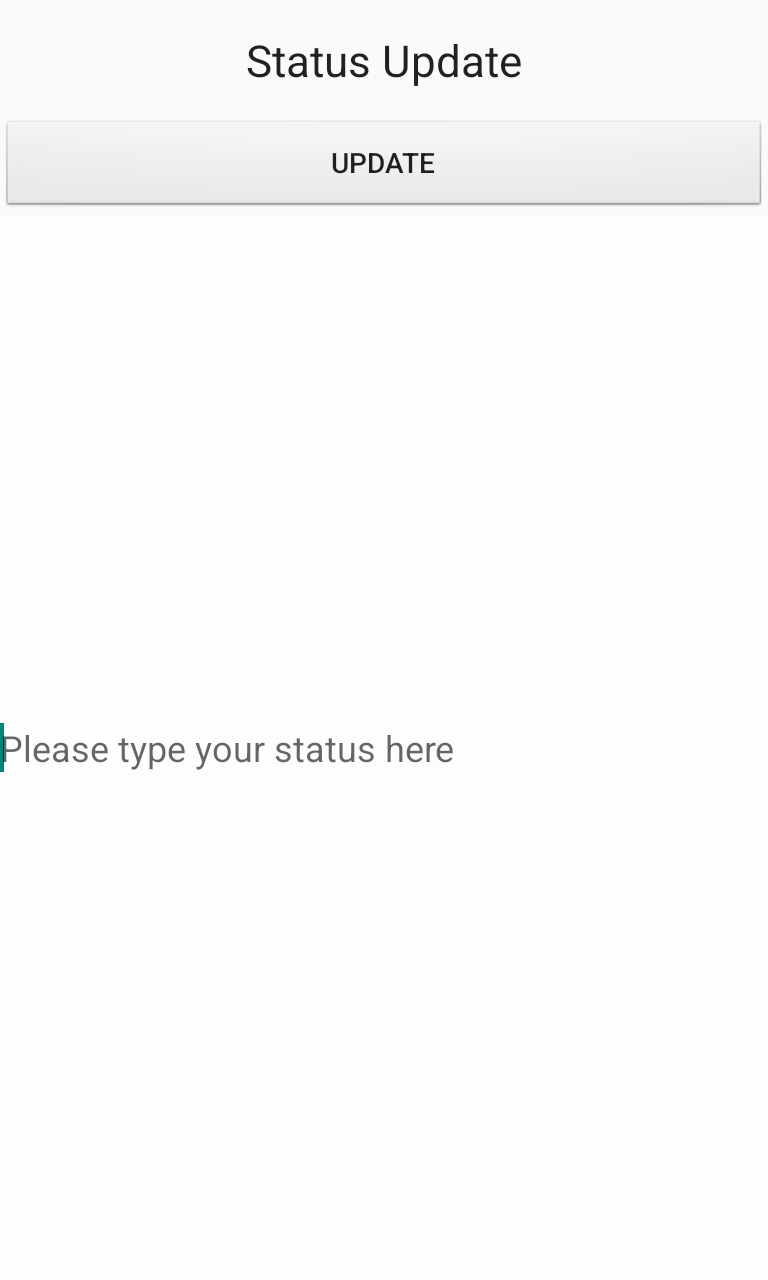
Repository: satishagarwal90/Yamba
Layout: Yamba/res/layout/activity_status.xml
An editor plug-in stored every save of this project. The layout is shown before and after the next save, followed by the edit.
It is drawn on a 768 x 1280 px phone screen (xhdpi) without system bars, with theme AppTheme; the app's code is not run.

Above is the layout before, as saved 2014-06-29 02:13:55.

### Yamba/res/layout/activity_status.xml
<LinearLayout xmlns:android="http://schemas.android.com/apk/res/android"
    xmlns:tools="http://schemas.android.com/tools"
    android:id="@+id/container"
    android:layout_width="match_parent"
    android:layout_height="match_parent"
    android:orientation="vertical"
    tools:context="com.example.yamba.StatusActivity"
    tools:ignore="MergeRootFrame" >

    <TextView
        style="@style/styleTitle"
        android:text="@string/title" />

    <Button
        android:id="@+id/button_post"
        android:layout_width="match_parent"
        android:layout_height="wrap_content"
        android:background="@android:drawable/btn_default"
        android:onClick="btn_click"
        android:text="@string/button_status_text" />

    <EditText
        android:id="@+id/editText_status"
        android:layout_width="match_parent"
        android:layout_height="match_parent"
        android:background="@color/Trans"
        android:ems="10"
        android:hint="@string/editText_hint"
        android:inputType="textMultiLine" >

        <requestFocus />
    </EditText>

</LinearLayout>

### Yamba/res/values/styles.xml
<resources>

    <!--
        Base application theme, dependent on API level. This theme is replaced
        by AppBaseTheme from res/values-vXX/styles.xml on newer devices.
    -->
    <style name="AppBaseTheme" parent="Theme.AppCompat.Light">
        <!--
            Theme customizations available in newer API levels can go in
            res/values-vXX/styles.xml, while customizations related to
            backward-compatibility can go here.
        -->
    </style>

    <!-- Application theme. -->
    <style name="AppTheme" parent="AppBaseTheme">
        <!-- All customizations that are NOT specific to a particular API-level can go here. -->
    </style>

    <style name="styleTitle" parent="android:Widget.Holo.Light.TextView">
        <item name="android:padding">15dp</item>
        <item name="android:textAppearance">?android:attr/textAppearanceLarge</item>
        <item name="android:layout_width">wrap_content</item>
        <item name="android:layout_height">wrap_content</item>
        <item name="android:layout_gravity">center_horizontal</item>
    </style>
</resources>

### Yamba/res/values/strings.xml
<?xml version="1.0" encoding="utf-8"?>
<resources xmlns:android="http://schemas.android.com/apk/res/android">

    <string name="app_name">Yamba</string>
    <string name="hello_world">Hello world!</string>
    <string name="action_settings">Settings</string>
    <string name="start_service">Start Service</string>
    <string name="stop_service">Stop Service</string>
    <string name="editText_hint">Please type your status here</string>
    <string name="button_status_text">Update</string>
    <string name="title">Status Update</string>
    <string name="refresh_service">Refresh Service </string>
    <string name="username">Username</string>
    <string name="username_summary">Enter your Username</string>
    <string name="password">Password</string>
    <string name="password_summary">Enter your password here</string>
    <string name="server">Server</string>
    <string name="server_summary">Enter your server details</string>
	<string name="preferences">Preferences</string>
	<string name="delay">Delay</string>
	<string-array name="delayNames">
		<item android:layout_width="wrap_content" android:id="@+id/item1" android:layout_height="wrap_content">Every minute</item>
		<item android:layout_width="wrap_content" android:id="@+id/item2" android:layout_height="wrap_content">Every 5 minutes</item>
		<item android:layout_width="wrap_content" android:id="@+id/item3" android:layout_height="wrap_content">Every 30 minutes</item>
		<item android:layout_width="wrap_content" android:id="@+id/item4" android:layout_height="wrap_content">Every hour</item>
	</string-array>
	<string-array android:layout_height="wrap_content" android:layout_width="wrap_content" android:id="@+id/integerarray1" name="delayValues">
        <item android:id="@+id/item1" android:layout_height="wrap_content" android:layout_width="wrap_content">60</item>
        <item android:id="@+id/item2" android:layout_height="wrap_content" android:layout_width="wrap_content">300</item>
        <item android:id="@+id/item3" android:layout_height="wrap_content" android:layout_width="wrap_content">1800</item>
        <item android:id="@+id/item4" android:layout_height="wrap_content" android:layout_width="wrap_content">3600</item>
    </string-array>
	<string name="timeline">Timeline</string>
</resources>

### Yamba/res/values/color.xml
<?xml version="1.0" encoding="utf-8"?>
<resources xmlns:android="http://schemas.android.com/apk/res/android">

<color android:layout_height="wrap_content" android:id="@+id/colorBlue" android:layout_width="wrap_content" name="Blue">#00F</color>
<color android:layout_height="wrap_content" android:id="@+id/colorTrans" android:layout_width="wrap_content" name="Trans">#BFFF</color>

</resources>

Loaded but not shown: Yamba/res/values-v11/styles.xml (common file); Yamba/res/values-v14/styles.xml (common file)

After the next save:
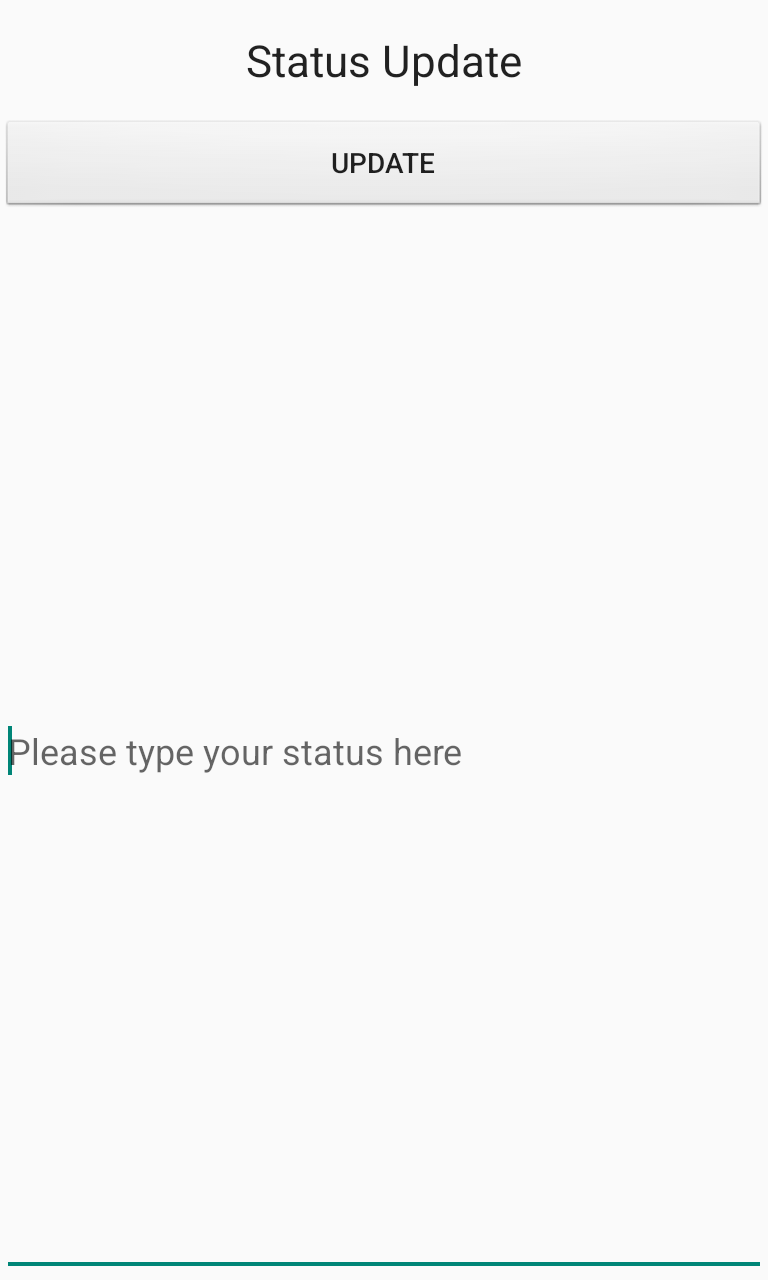
Saved 21 s later.
--- a/Yamba/res/layout/activity_status.xml
+++ b/Yamba/res/layout/activity_status.xml
@@ -23,7 +23,6 @@
         android:id="@+id/editText_status"
         android:layout_width="match_parent"
         android:layout_height="match_parent"
-        android:background="@color/Trans"
         android:ems="10"
         android:hint="@string/editText_hint"
         android:inputType="textMultiLine" >
